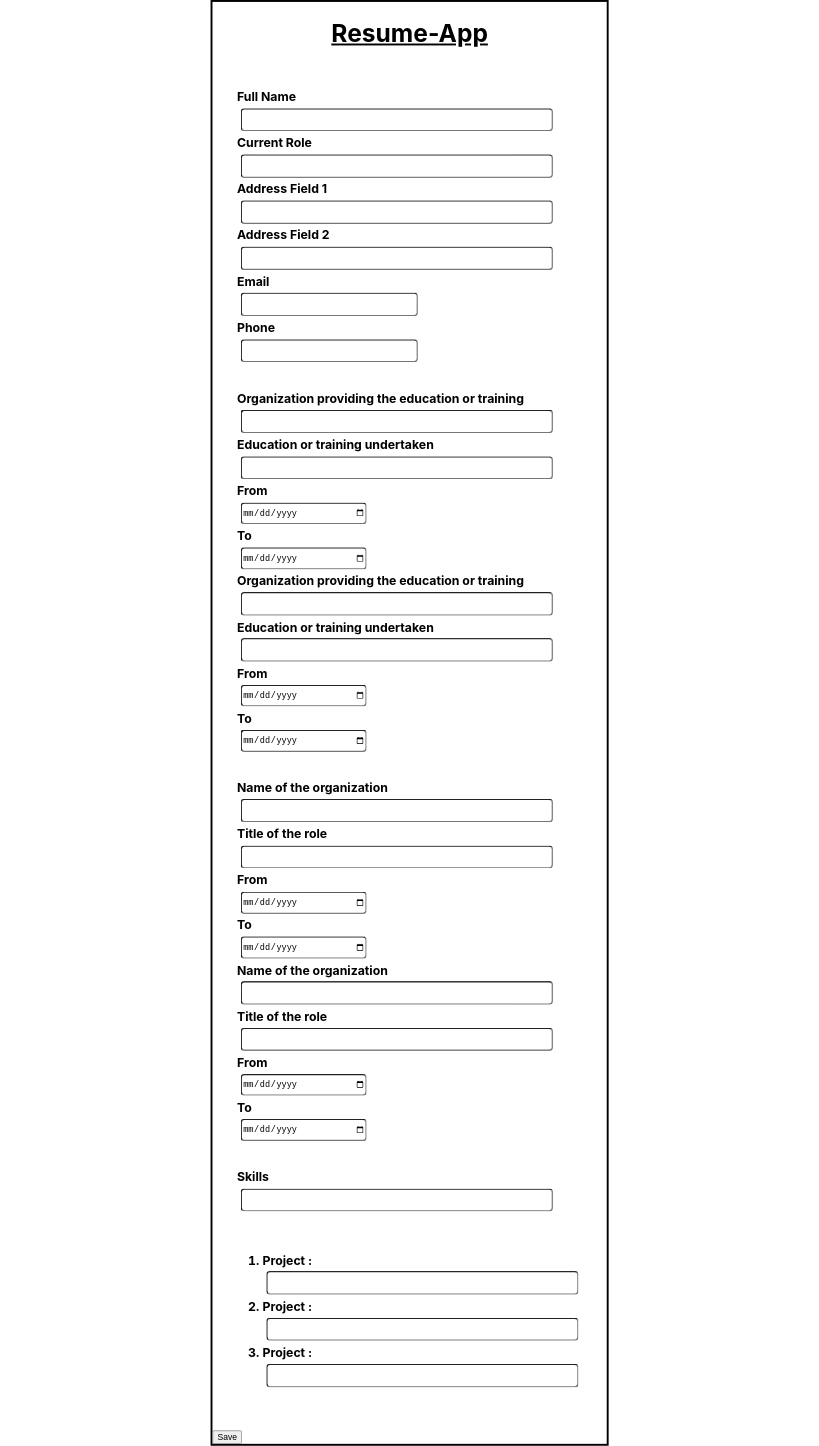
Repository: 0101chaitanya/resume-app
Page: /
These files come from the project's save history. The page is drawn as it stood at one moment and after the next save; the edit follows.
The browser window is 1280 px wide. The pictures show the whole page, at 64% of full size.
The project was rebuilt for these pictures with package versions that can differ from the ones it lists, and the page was loaded fresh each time.

Above is the page before, as saved 2021-07-28 15:51:03.

After the next save:
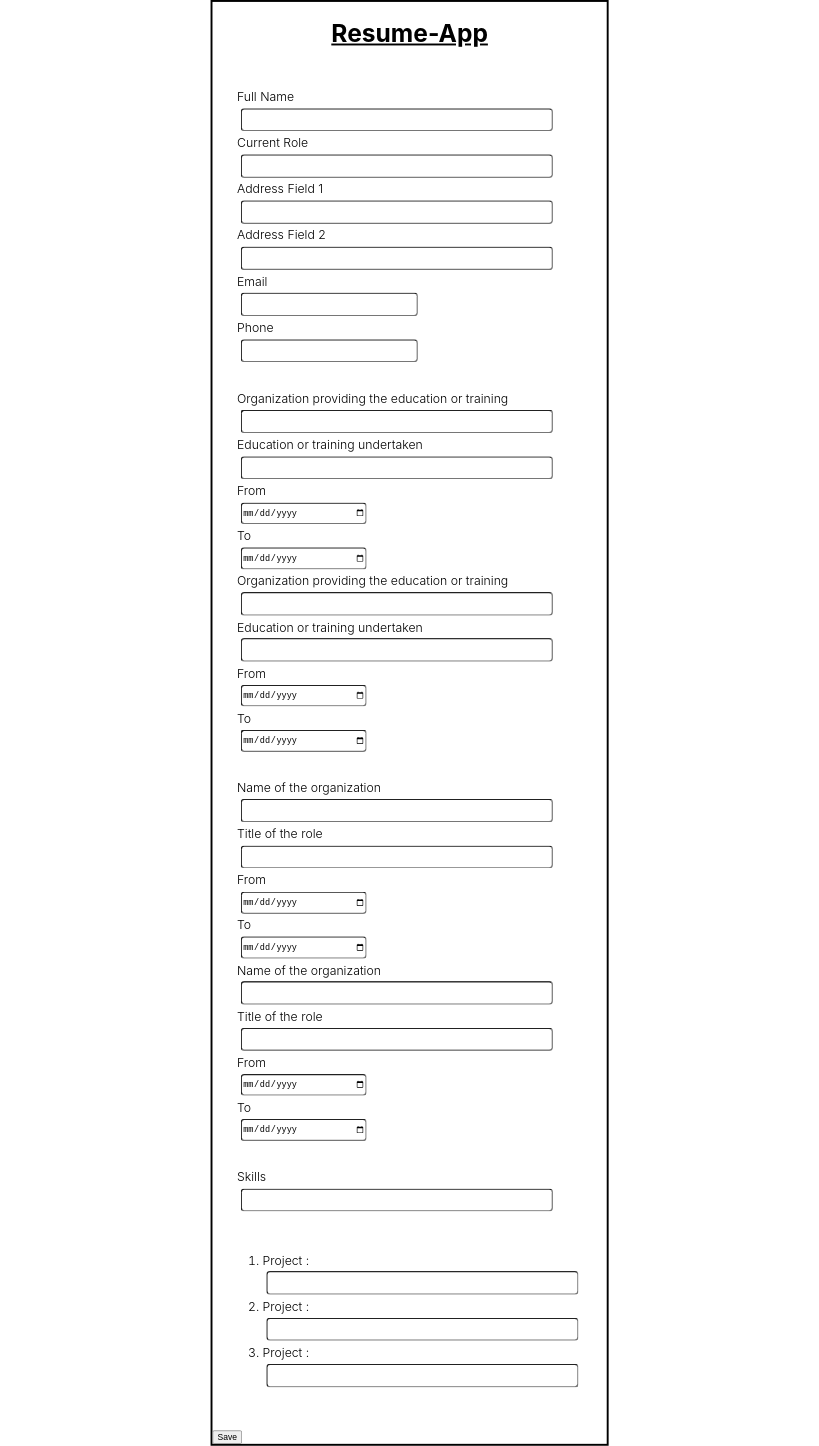
Saved 16 s later.
--- a/src/App.css
+++ b/src/App.css
@@ -1,6 +1,6 @@
 html {
   font-size: 1.2rem;
-  font-weight: bold;
+  font-weight: 300;
 }
 input {
   border-radius: 0.3rem;
